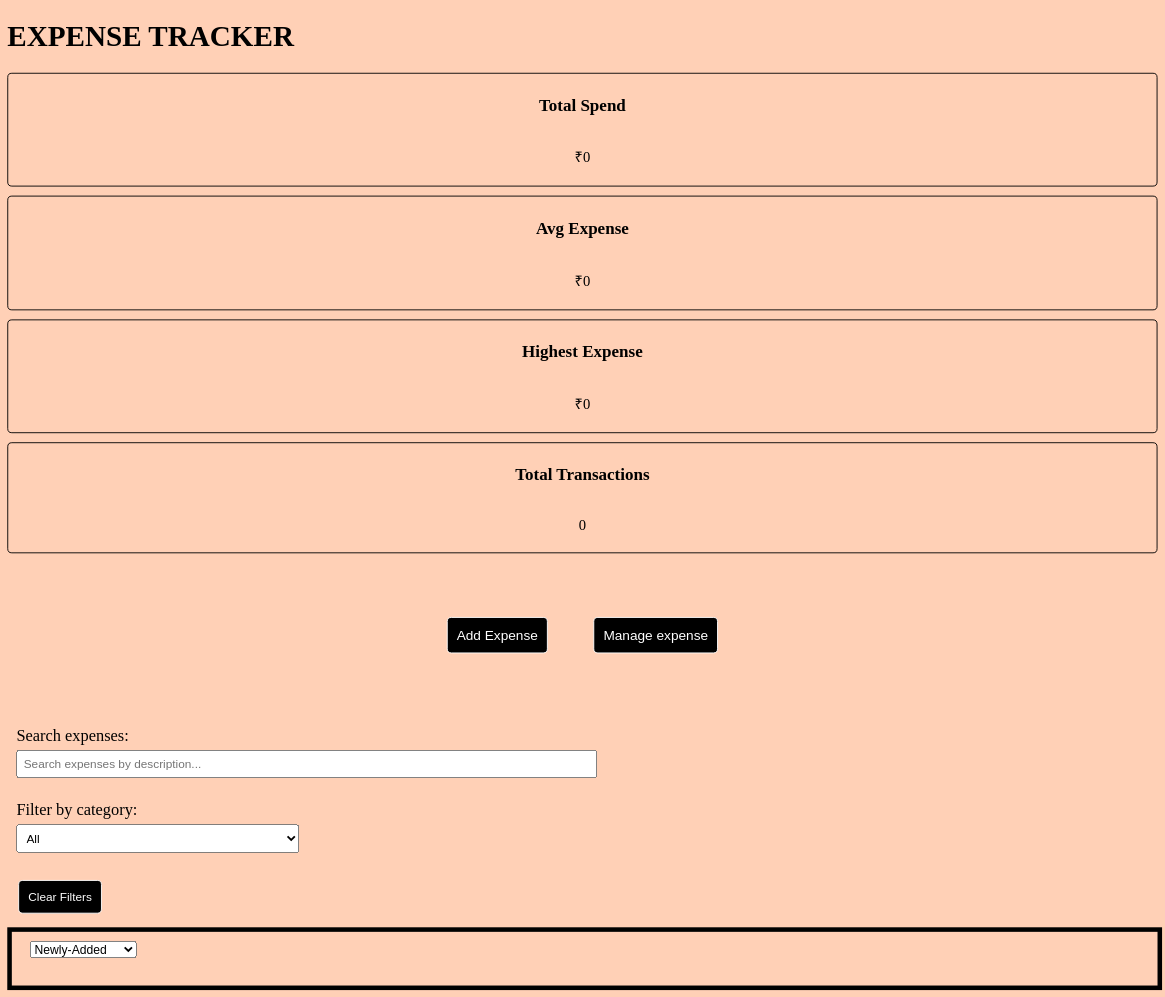
Repository: Gaurav124937/Expense-Tracker
Page: index.html
These files come from the project's save history. The page is drawn as it stood at one moment and after the next save; the edit follows.
The browser window is 1280 px wide. The pictures show the whole page, at 91% of full size.

Above is the page before, as saved 2026-09-20 20:14:42.

After the next save:
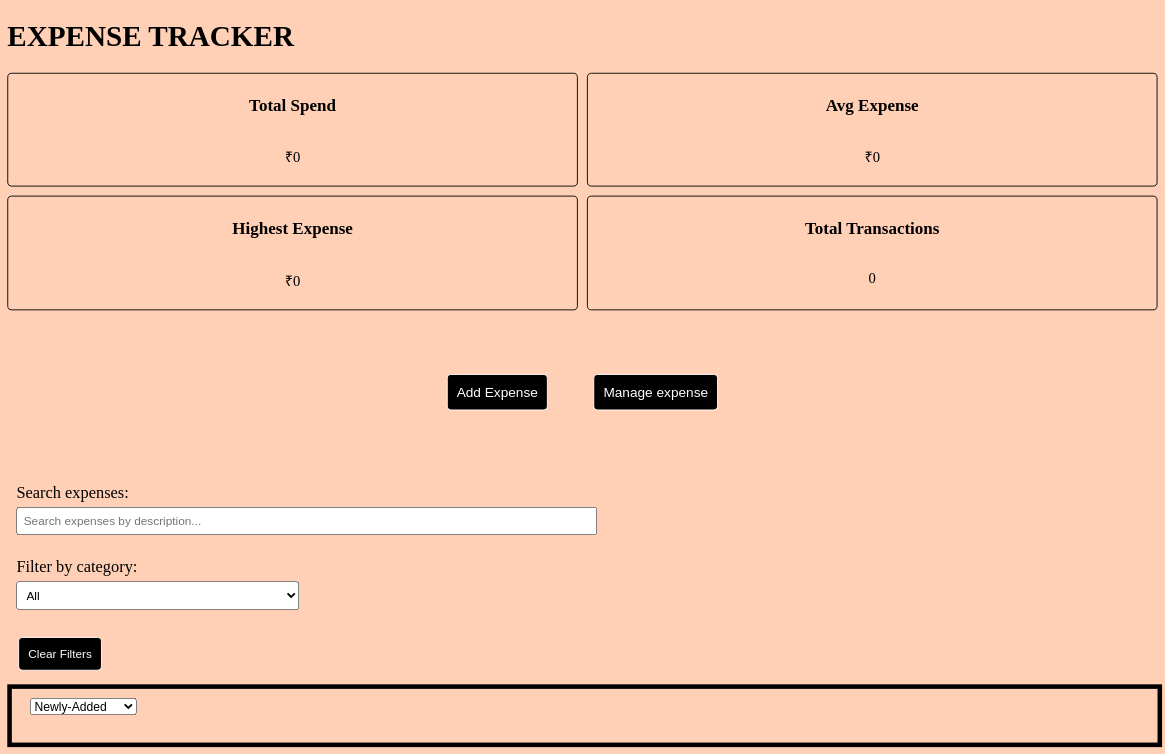
Saved 4 s later.
--- a/style.css
+++ b/style.css
@@ -1,6 +1,6 @@
 .grid {
   display: grid;
-  grid-template-columns: repeat(, 1fr);
+  grid-template-columns: repeat(2, 1fr);
   gap: 10px;
 }
 
